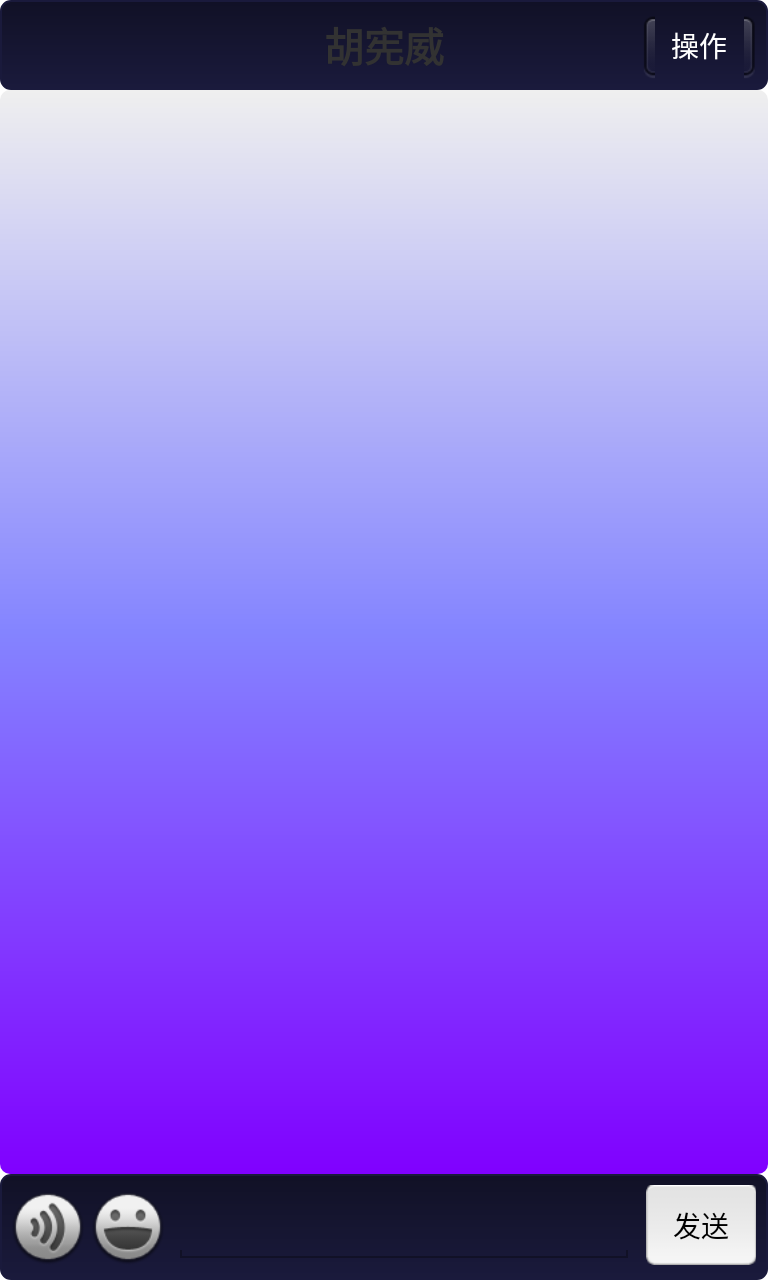
Repository: aojue/HappyAA
Layout: HappyAA/res/layout/one_activity.xml
An editor plug-in stored every save of this project. The layout is shown before and after the next save, followed by the edit.
It is drawn on a 768 x 1280 px phone screen (xhdpi) without system bars, with theme AppTheme; the app's code is not run. Lists and similar views that code fills are empty.

Above is the layout before, as saved 2014-10-25 06:47:25.

After the next save:
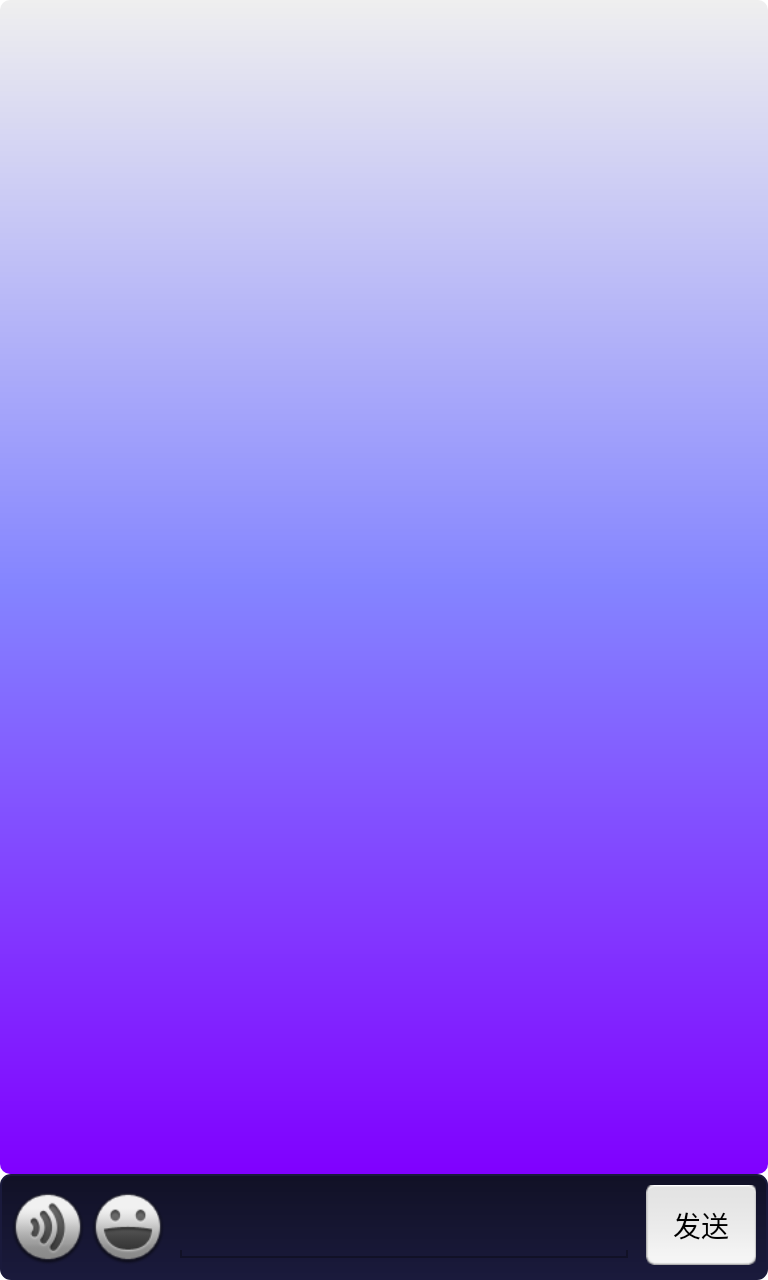
Saved 108 s later.
--- a/HappyAA/res/layout/one_activity.xml
+++ b/HappyAA/res/layout/one_activity.xml
@@ -6,43 +6,6 @@
     android:layout_height="fill_parent"
     android:orientation="vertical"
     tools:context=".OneActivity" >
-
-    <RelativeLayout
-        android:layout_width="fill_parent"
-        android:layout_height="45dp"
-        android:background="@drawable/titlebg"
-        android:gravity="center_vertical"
-        android:orientation="horizontal" >
-
-        <ImageView
-            android:id="@+id/image"
-            android:layout_width="52dp"
-            android:layout_height="52dp"
-            android:layout_marginRight="3dp"
-            android:gravity="center" />
-
-        <TextView
-            android:id="@+id/loginer"
-            android:layout_width="wrap_content"
-            android:layout_height="fill_parent"
-            android:layout_centerInParent="true"
-            android:gravity="center"
-            android:text="@string/view_user"
-            android:textSize="20sp"
-            android:textStyle="bold" />
-
-        <Button
-            android:id="@+id/btn_operate"
-            android:layout_width="67dp"
-            android:layout_height="wrap_content"
-            android:layout_alignParentRight="true"
-            android:layout_centerVertical="true"
-            android:background="@drawable/title_btn_right"
-            android:onClick="outOperatePopuWindow"
-            android:text="操作"
-            android:textColor="#FFFFFF"
-            android:textSize="14sp" />
-    </RelativeLayout>
 
     <ListView
         android:id="@+id/lv_message"

After the save that followed:
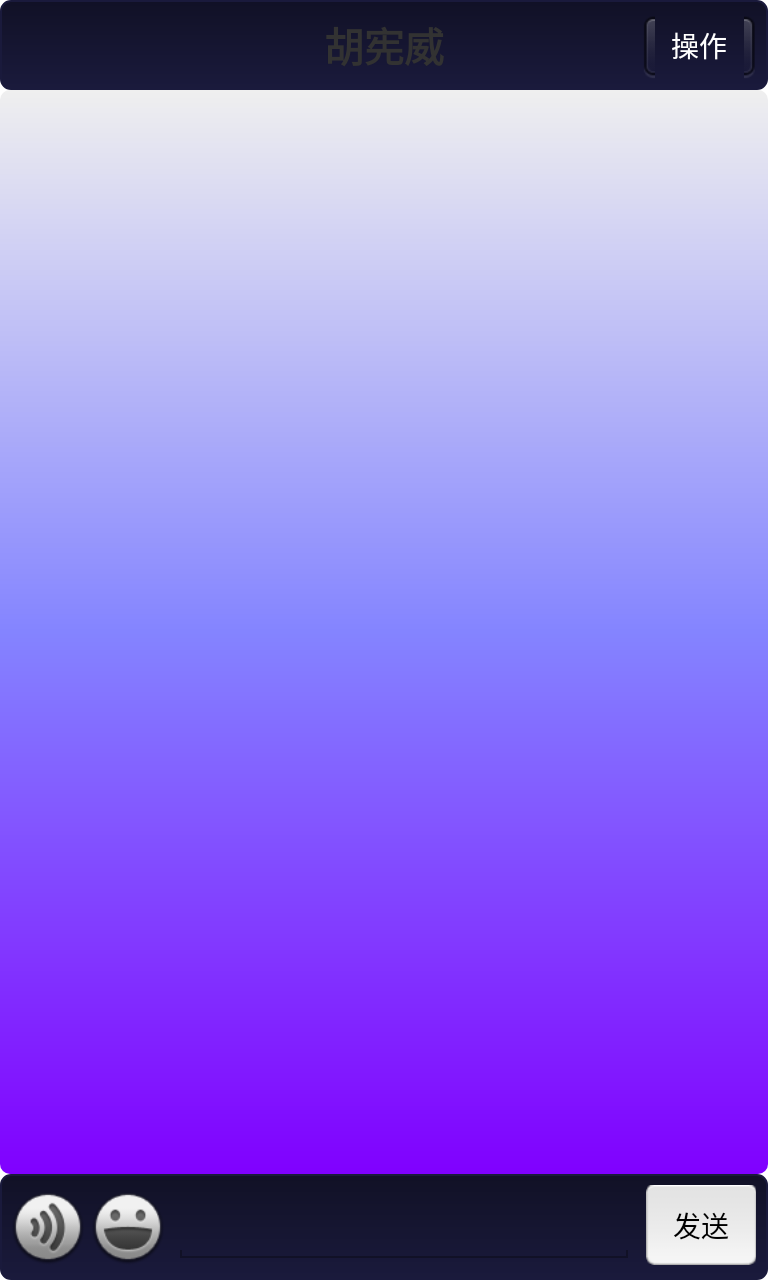
Saved 3 min 11 s later.
--- a/HappyAA/res/layout/one_activity.xml
+++ b/HappyAA/res/layout/one_activity.xml
@@ -6,6 +6,44 @@
     android:layout_height="fill_parent"
     android:orientation="vertical"
     tools:context=".OneActivity" >
+
+    <RelativeLayout
+        android:layout_width="fill_parent"
+        android:layout_height="45dp"
+        android:background="@drawable/titlebg"
+        android:gravity="center_vertical"
+        android:orientation="horizontal" >
+
+        <ImageView
+            android:id="@+id/image"
+            android:layout_width="52dp"
+            android:layout_height="52dp"
+            android:layout_marginRight="3dp"
+            android:layout_toLeftOf="@id/loginer"
+            android:gravity="center" />
+
+        <TextView
+            android:id="@+id/loginer"
+            android:layout_width="wrap_content"
+            android:layout_height="fill_parent"
+            android:layout_centerInParent="true"
+            android:gravity="center"
+            android:text="@string/view_user"
+            android:textSize="20sp"
+            android:textStyle="bold" />
+
+        <Button
+            android:id="@+id/btn_operate"
+            android:layout_width="67dp"
+            android:layout_height="wrap_content"
+            android:layout_alignParentRight="true"
+            android:layout_centerVertical="true"
+            android:background="@drawable/title_btn_right"
+            android:onClick="outOperatePopuWindow"
+            android:text="操作"
+            android:textColor="#FFFFFF"
+            android:textSize="14sp" />
+    </RelativeLayout>
 
     <ListView
         android:id="@+id/lv_message"
@@ -95,7 +133,7 @@
                 android:layout_marginTop="5dp"
                 android:background="@drawable/btn_press_voice"
                 android:onClick="startRecord"
-                android:text="@string/btn_caozuo"
+                android:text="@string/btn_normal_voice"
                 android:textSize="17sp" />
         </LinearLayout>
     </LinearLayout>
